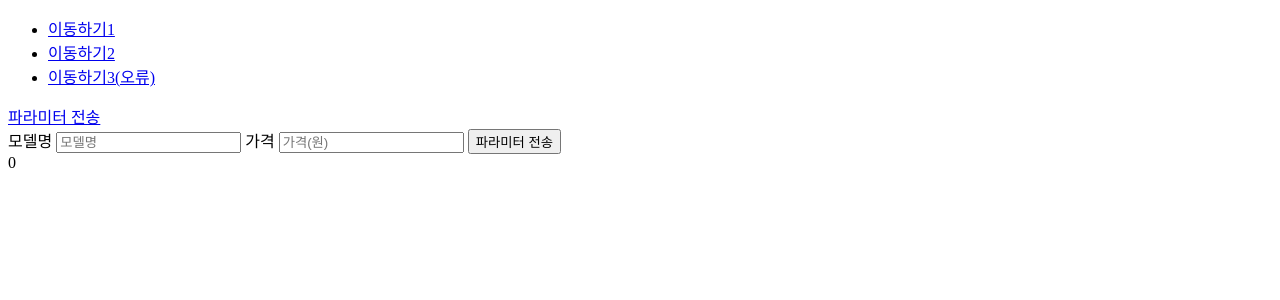
Repository: WONDongin/GoodeeAcademy_JAVA
Page: jsp_study/servletStudy/src/main/webapp/ex03_parameter/client.html
The author's editor kept a copy of each file at every save. The page is drawn from the files as they stood at one save, then again after the next save.
The browser window is 1280 px wide. The pictures show the whole page.

Above is the page before, as saved 2025-04-01 03:07:32.

After the next save:
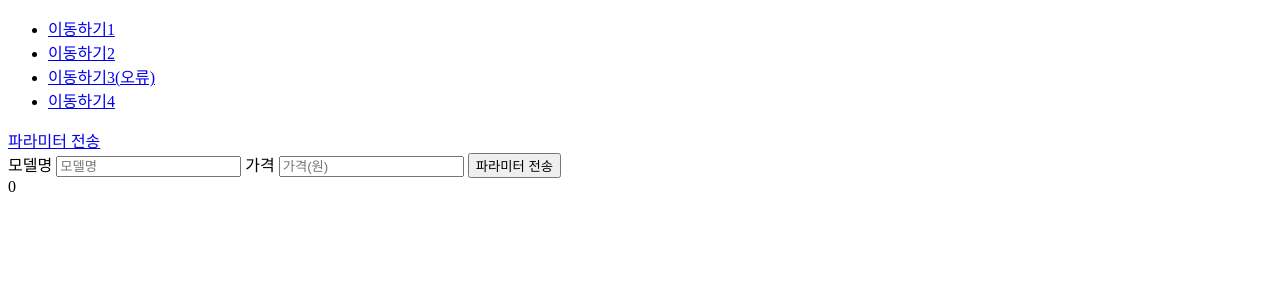
Saved 66 s later.
--- a/jsp_study/servletStudy/src/main/webapp/ex03_parameter/client.html
+++ b/jsp_study/servletStudy/src/main/webapp/ex03_parameter/client.html
@@ -11,6 +11,7 @@
 			<li><a href="/servletStudy/GetServlet">이동하기2</a></li>
 			<li><a href="/GetServlet">이동하기3(오류)</a></li>
 			<!-- url에서 /로 시작하면 톰캣은 ContextPath로 인식  -->
+			<li><a href="GetServlet">이동하기4</a></li>
 		</ul>
 		<div>
 			<a href="/servletStudy/GetServlet?model=냉장고&price=200">파라미터 전송</a>
